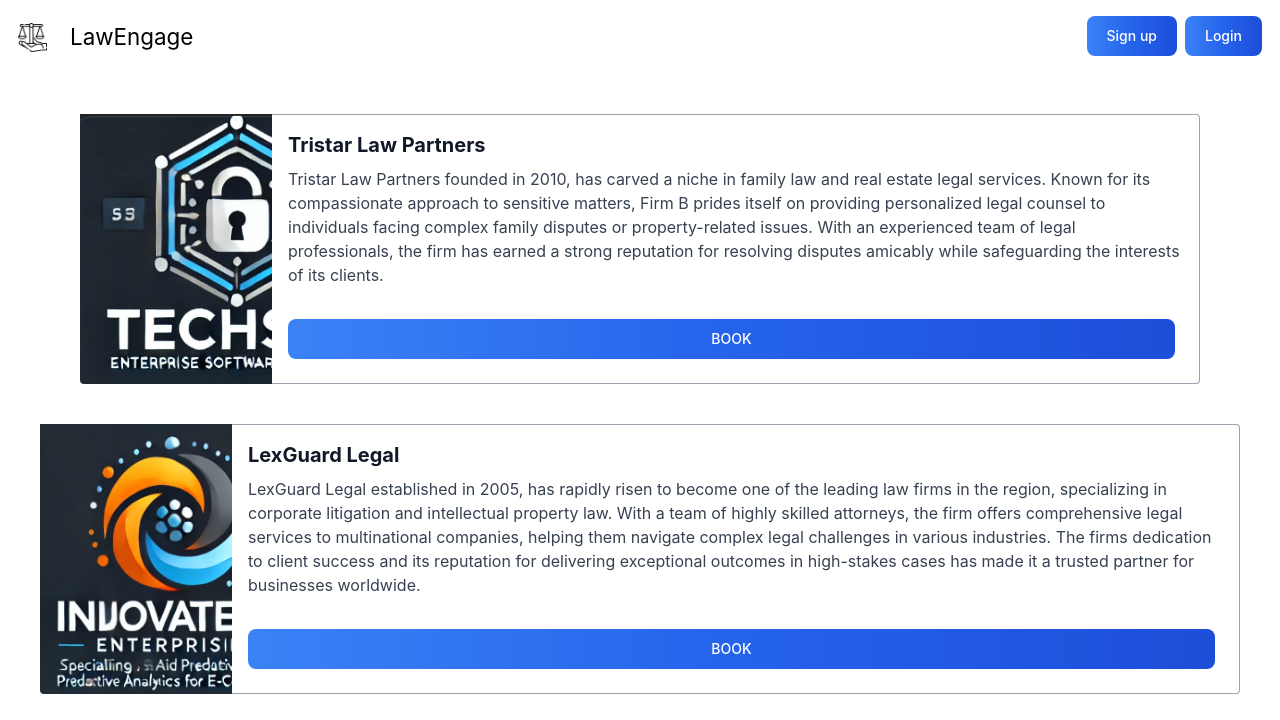
Repository: khushijain8/Lawyer-appointment-application
Page: /book (app in frontend/)
These files come from the project's save history. The page is drawn as it stood at one moment and after the next save; the edit follows.
The browser window is 1280 px wide. The pictures show the whole page.
The project was rebuilt for these pictures with package versions that can differ from the ones it lists, and the page was loaded fresh each time. Also part of the build but not shown: frontend/src/App.css, frontend/src/components/Signup/Signup.css, frontend/src/components/Signup/Signup.jsx, frontend/src/components/Login/Login.css, frontend/src/components/Login/Login.jsx, frontend/src/components/LawyerHistoryContainer/LawyerHistoryContainer.css, frontend/src/components/LawyerHistoryContainer/LawyerHistoryContainer.jsx, frontend/src/components/Admin/Admin.jsx and 5 more.

Above is the page before, as saved 2025-01-26 19:05:09.

After the next save:
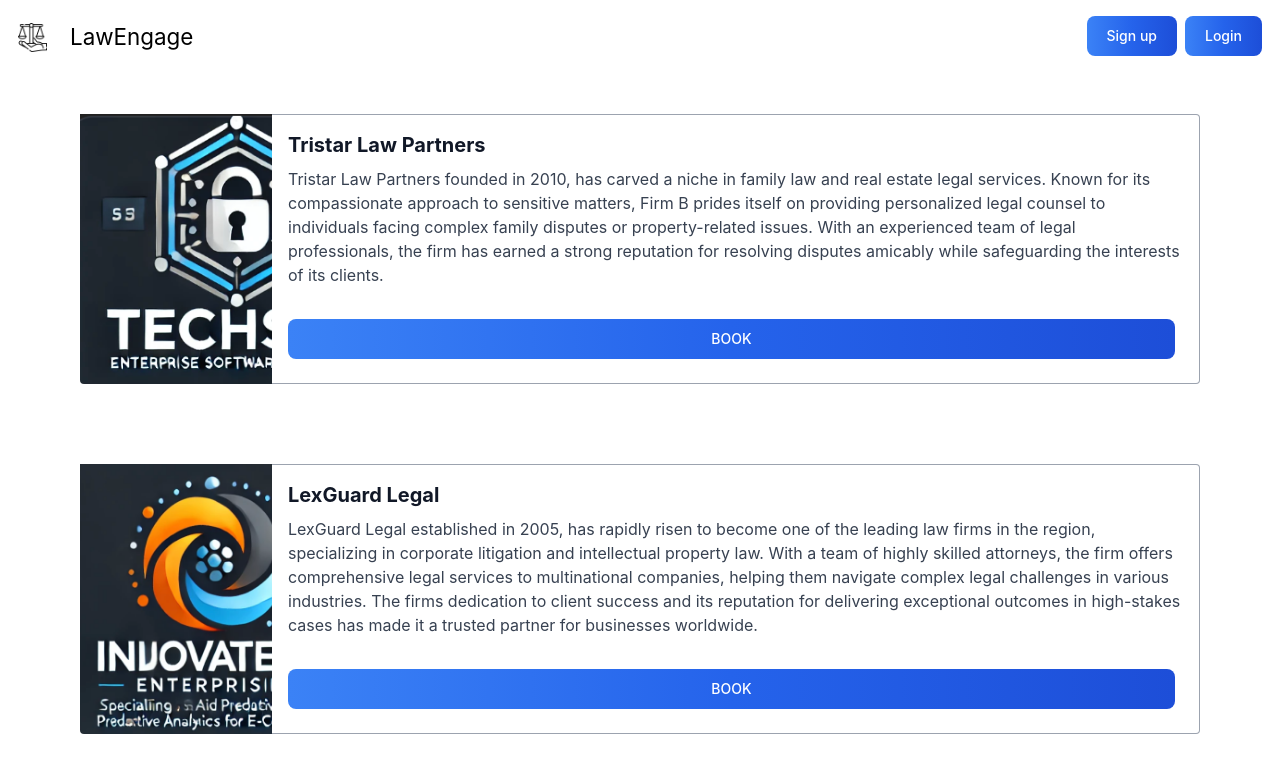
Saved 6 s later.
--- a/frontend/src/components/Book/Book.jsx
+++ b/frontend/src/components/Book/Book.jsx
@@ -25,7 +25,7 @@ function Book() {
           <button class="text-white bg-gradient-to-r from-blue-500 via-blue-600 to-blue-700 hover:bg-gradient-to-br focus:ring-4 focus:outline-none focus:ring-blue-300 dark:focus:ring-blue-800 font-medium rounded-lg text-sm px-5 py-2.5 text-center me-2 mb-2" onClick={()=>handleClick('firm1')}>BOOK</button>
         </div>
       </div>
-      <div className="max-w-sm w-full lg:max-w-full lg:flex">
+      <div className="max-w-sm w-full lg:max-w-full lg:flex p-10">
         <div className="h-48 lg:h-auto lg:w-48 flex-none bg-cover rounded-t lg:rounded-t-none lg:rounded-l text-center overflow:hidden" style={{ backgroundImage: `url(${invovatech_img})` }}>
         </div>
         <div className="border-r border-b border-l border-gray-400 lg:border-l-0 lg:border-t lg:border-gray-400 bg-white rounded-b lg:rounded-b-none lg:rounded-r p-4 flex flex-col justify-between leading-normal">
